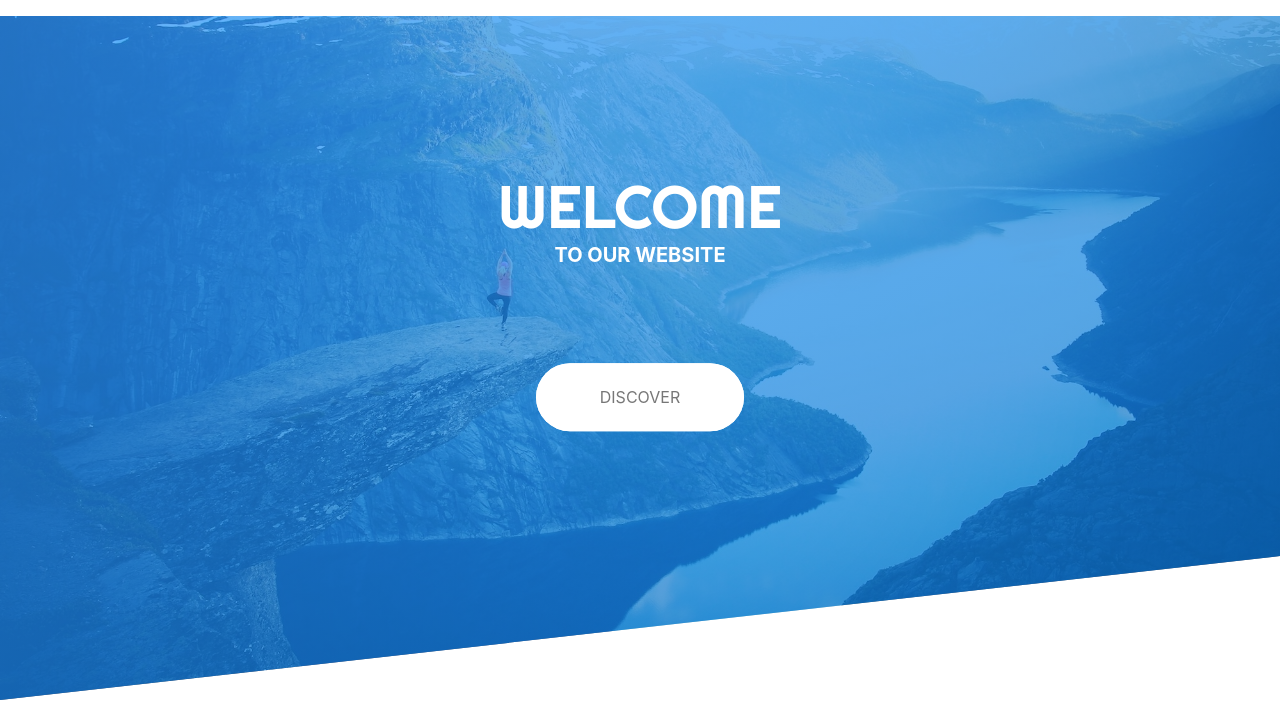
Repository: IbrahimAlkordi/codeChall-Advanced
Page: /
These files come from the project's save history. The page is drawn as it stood at one moment and after the next save; the edit follows.
The browser window is 1280 px wide. The pictures show the whole page.
The project was rebuilt for these pictures with package versions that can differ from the ones it lists, and the page was loaded fresh each time. Also part of the build but not shown: src/components/ErrorBoundary.js, src/components/UI/atoms/LoadingSpinner/LoadingSpinner.module.css, src/components/UI/atoms/LoadingSpinner/LoadingSpinner.js, src/redux/constants/action-type.js, src/middlewares/url.js, src/redux/actions/loginActions.js, src/components/UI/organisms/Login/Login.js, src/components/pages/LoginPa.js and 8 more.

Above is the page before, as saved 2022-10-09 15:26:18.

### public/index.html
<!DOCTYPE html>
<html lang="en">
  <head>
    <meta charset="utf-8" />
    <link rel="icon" href="%PUBLIC_URL%/favicon.ico" />
    <meta name="viewport" content="width=device-width, initial-scale=1" />
    <meta name="theme-color" content="#000000" />
    <meta
      name="description"
      content="Web site created using create-react-app"
    />
    <link rel="apple-touch-icon" href="%PUBLIC_URL%/logo192.png" />
    <!--
      manifest.json provides metadata used when your web app is installed on a
      user's mobile device or desktop. See https://developers.google.com/web/fundamentals/web-app-manifest/
    -->
    <link rel="manifest" href="%PUBLIC_URL%/manifest.json" />
    <!--
      Notice the use of %PUBLIC_URL% in the tags above.
      It will be replaced with the URL of the `public` folder during the build.
      Only files inside the `public` folder can be referenced from the HTML.

      Unlike "/favicon.ico" or "favicon.ico", "%PUBLIC_URL%/favicon.ico" will
      work correctly both with client-side routing and a non-root public URL.
      Learn how to configure a non-root public URL by running `npm run build`.
    -->
    <link href="https://fonts.googleapis.com/css?family=Lato:100,300,400,700,900" rel="stylesheet">
    <title>React App</title>
  </head>
  <body>
    <noscript>You need to enable JavaScript to run this app.</noscript>
    <div id="root"></div>
    <!--
      This HTML file is a template.
      If you open it directly in the browser, you will see an empty page.

      You can add webfonts, meta tags, or analytics to this file.
      The build step will place the bundled scripts into the <body> tag.

      To begin the development, run `npm start` or `yarn start`.
      To create a production bundle, use `npm run build` or `yarn build`.
    -->
  </body>
</html>

### src/index.css
body {
  margin: 0;
  font-family: -apple-system, BlinkMacSystemFont, 'Segoe UI', 'Roboto', 'Oxygen',
    'Ubuntu', 'Cantarell', 'Fira Sans', 'Droid Sans', 'Helvetica Neue',
    sans-serif,"lato";
  -webkit-font-smoothing: antialiased;
  -moz-osx-font-smoothing: grayscale;
}

code {
  font-family: source-code-pro, Menlo, Monaco, Consolas, 'Courier New',
    monospace;
}

### src/App.js
import { BrowserRouter, Route, Switch } from "react-router-dom";
import ErrorBoundary from '../src/components/ErrorBoundary'
import LoginPa from "./components/pages/LoginPa";
import WelcomePa from "./components/pages/WelcomePa";
import DashboardPa from "./components/pages/DashboardPa";
import 'moment-timezone';

const App = () => {
  return (
    <>
    <ErrorBoundary>
      <BrowserRouter>
        <Switch>
          <Route exact path="/" component={WelcomePa} />
          <Route exact path="/login" component={LoginPa} />
          <Route exact path="/dashboard" component={DashboardPa} />
        </Switch>
      </BrowserRouter>
      </ErrorBoundary>
    </>
  );
};

export default App;

### src/components/pages/WelcomePa.js
import React from 'react'
import Welcome from '../UI/organisms/Welcome/Welcome'

function WelcomePa() {
  return (
    <Welcome></Welcome>
  )
}

export default WelcomePa

### src/components/UI/organisms/Welcome/Welcome.js
import React from "react";
import classes from "./Welcome.module.scss";
import { useTranslation } from "react-i18next";
import { Link } from "react-router-dom";
import Translate from "../../molecules/Translate/Translate";

function Welcome() {
  const [t] = useTranslation();
  return (
    <header className={classes.header}>
      <Translate></Translate>

      <div className={classes.header_title}>

        <h1 className={classes.heading_primary}>
          <span className={classes.heading_primary_main}>{t("welcome")}</span>
          <span className={classes.heading_primary_sub}>
            {t("to our website")}
          </span>
        </h1>

        <Link
          to="/Login"
          className={`${classes.btn}  ${classes.btn_white} ${classes.btn_animated} `}
        >
          {t("discover")}
        </Link>

      </div>

    </header>
  );
}

export default Welcome;

### src/components/UI/organisms/Login/Login.module.scss
@import url("https://fonts.googleapis.com/css2?family=Righteous&display=swap");
$color-tertiary-light: #2998ff;
$color-tertiary-dark: #0074d3;

* {
  // margin: 0;
  // padding: 0;
  box-sizing: border-box;
}


.container {
  background: #ffffff;
  height: 100vh;
  display: flex;
  align-items: center;
  justify-content: center;

  &_login {
    width: 500px;
    min-height: 450px;
    border-radius: 3px;
    box-shadow: 3px 3px 5px #001324dc;

    background-image: linear-gradient(
        to right bottom,
        rgba($color-tertiary-light, 0.5),
        rgba($color-tertiary-dark, 0.5)
      ),
      url(../../../../assets/images/hero.jpg);
    background-size: auto;
    background-position: bottom;
  }
  &_trans {
    width: 40px;
    height: 30px;
  }

  &_form {
    padding: 20px 50px;
margin: 0;
  padding: 0;
    &_h2 {
      text-align: center;
      font-family: "Righteous", cursive;
      font-size: 45px;
      font-weight: 500;
      margin: 25px;
      color: #fff;
    }
    &_textField {
      width: 100%;
      margin: 12px 10px;
    }
    &_textField input {
      font-size: 20px;
      margin: 12px 10px;
      font-weight: bold;
    }
    &_textField svg {
      font-size: 25px;
    }
    &_error_msg {
      color: #ff0000e0;
      font-size: 17px;
      font-weight: 700;
      margin: 0px;
      padding: 0px;
      text-align: center;
    }
    &_button {
      background: #001324dc;
      width: 100%;
      line-height: 35px;
      margin: 20px 9px;
      color: white;
      font-size: 20px;
      font-weight: bold;
      padding: 5px;
      border: none;
      border-radius: 5px;
      cursor: pointer;
    }
    &_disabledbtn {
      cursor: not-allowed;
      background: rgba(gray, 0.8);
      width: 100%;
      line-height: 35px;
      margin: 20px 9px;
      color: white;
      font-size: 20px;
      font-weight: bold;
      padding: 5px;
      border: none;
      border-radius: 5px;
    }
    &_loadingSpin {
      margin-left: 150px;
    }
    &_alert {
      margin-left: 60px;
      color: red;
      font-weight: bold;
      font-size: 17px;
    }
    &_h3 {
      text-align: center;
      margin-top: 15px;
      &_signup {
        color: #ffffffde;
        cursor: pointer;
        margin-left: 5px;
      }
    }
  }
}

### src/components/UI/molecules/Translate/Translate.js
import React from 'react';
import classes from './Translate.module.scss';
import { useTranslation } from "react-i18next";


function Translate() {
    const [t, i18n] = useTranslation();
  return (
    <ul className={classes.translate}>
    <li>
      {i18n.language === "en" && (
        <button
        className={classes.translate_btn}
          onClick={() => {
            i18n.changeLanguage("ar");
          }}
        >
          ar
        </button>
      )}
      {i18n.language === "ar" && (
        <button
        className={classes.translate_btn}
          onClick={() => {
            i18n.changeLanguage("en");
          }}
        >
          en
        </button>
      )}
    </li>
  </ul>
  )
}

export default Translate

### src/components/UI/organisms/Welcome/Welcome.module.scss
@import url("https://fonts.googleapis.com/css2?family=Righteous&display=swap");

//COLORS
$color-gray-dark :#777;
$color-white : #fff;
$color-black : #000;
$color-gray-light-1 :#f7f7f7;
$color-tertiary-light : #2998ff;
$color-tertiary-dark : #0074d3;

@mixin clearfix {
    &::after {
      content: "";
      clear: both;
      display: table;
    }
  }

.header {
  height: 95vh;
  background-image: linear-gradient(
      to right bottom,
      rgba($color-tertiary-light, 0.7),
      rgba($color-tertiary-dark, 0.7)
    ),
    url(../../../../assets/images/hero.jpg);
  background-size: cover;
  background-position: top;
  clip-path: polygon(
    0 0,
    100% 0,
    100% 75vh,
    0 100%
  );
   position: relative;

  &_title {
    position: absolute;
    top: 40%;
    left: 50%;
    transform: translate(-50%, -50%);
    text-align: center;
  }

}

.heading_primary {
  color: $color-white;
  text-transform: uppercase;
  backface-visibility: hidden;
  margin-bottom: 6rem;

  &_main {
    display: block;
    font-family: "Righteous", cursive;

    font-size: 60px;
    font-weight: 400;
    animation-name: moveInLeft;
    animation-duration: 1s;
    animation-timing-function: ease-out;
  }

  &_sub {
    display: block;
    font-size: 20px;
    font-weight: 700;
    animation-name: moveInRight;
    animation-duration: 1s;
    animation-timing-function: ease-out;
  }
}

.btn {
  &:link,
  &:visited {
    text-transform: uppercase;
    text-decoration: none;
    padding: 1.5rem 4rem;
    display: inline-block;
    border-radius: 10rem;
    transition: all 0.2s;
    position: relative;
    font-size: 16px;
  }

  &:hover {
    transform: translateY(-0.3rem);
    box-shadow: 0 1rem 2rem rgba($color-black, 0.5); /*x y blur */
    &::after {
      transform: scaleX(1.4) scaleY(1.6);
      opacity: 0;
    }
  }

  &:active {
    transform: translateY(-0.1rem);
    box-shadow: 0 0.5rem 1rem rgba($color-black, 0.5); /*x y blur */
  }

  &_white {
    background-color: $color-white;
    color: $color-gray-dark;
    &::after {
      background-color: $color-white;
    }
  }

  &::after {
    content: "";
    display: inline-block;
    height: 100%;
    width: 100%;
    border-radius: 10rem;
    position: absolute;
    top: 0;
    left: 0;
    z-index: -1;
    transition: all 0.4s;
  }

  &_animated {
    animation: moveInBottom   0.5s ease-out 0.75s;
    animation-fill-mode: backwards;
  }
}

@keyframes moveInLeft {
    0% {
      opacity: 0; /*starts hidden*/
      transform: translateX(-10rem); /* x left to right */
    }

    80% {
      transform: translateX(1rem); /*it will go to the right side*/
    }

    100% {
      opacity: 1;
      transform: translate(0);
    }
  }

  @keyframes moveInRight {
    0% {
      opacity: 0; /*starts hidden*/
      transform: translateX(10rem); /* x left to right */
    }

    80% {
      transform: translateX(-1rem);
    }

    100% {
      opacity: 1;
      transform: translate(0);
    }
  }

  @keyframes moveInBottom {
    0% {
      opacity: 0; /*starts hidden*/
      transform: translateY(3rem); /* x left to right */
    }

    100% {
      opacity: 1;
      transform: translate(0);
    }
  }

### src/components/UI/molecules/Translate/Translate.module.scss
.translate {
    display: block;
    list-style: none;

    &_btn {
      width: 40px;
      height: 40px;
      margin: 10px;
      background: #001324dc;
      color: #fff;
      border: none;
      border-radius: 5px;
      font-size: 20px;
      font-weight: bold;
      cursor: pointer;
    }

  }

Loaded but not shown: src/index.js (common file); src/reportWebVitals.js (common file)

After the next save:
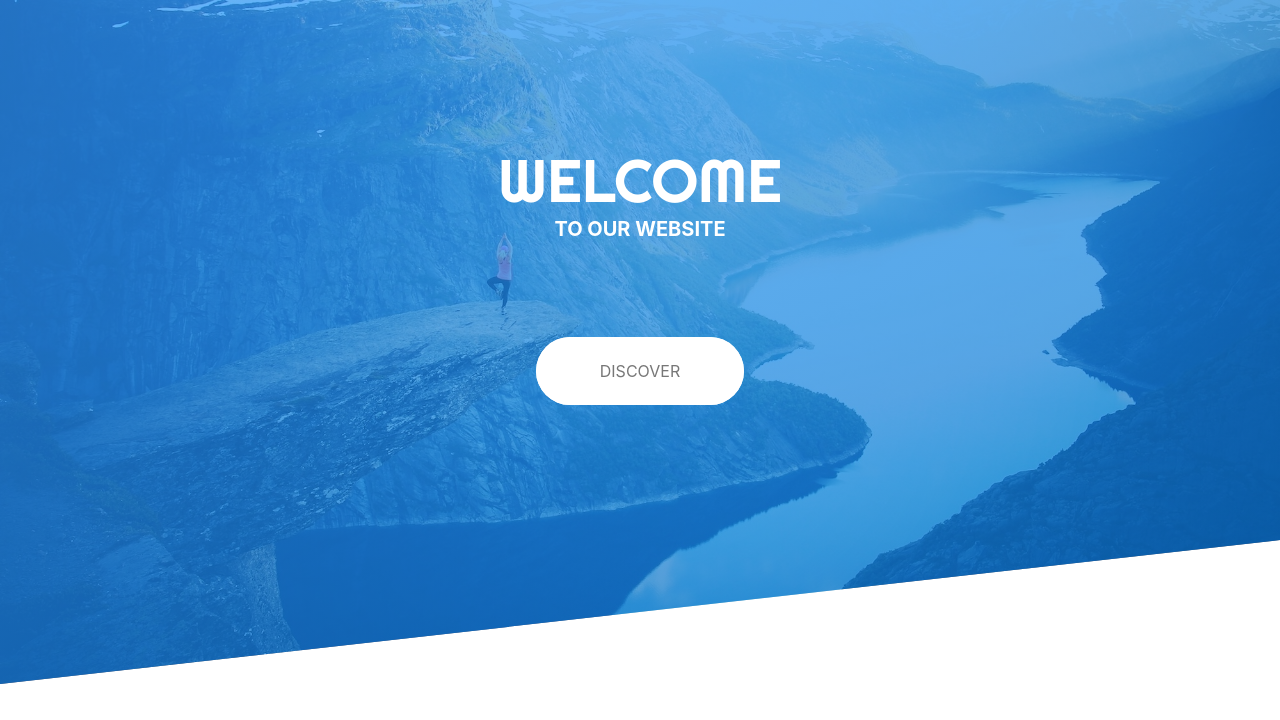
Saved 13 s later.
--- a/src/components/UI/organisms/Login/Login.module.scss
+++ b/src/components/UI/organisms/Login/Login.module.scss
@@ -3,8 +3,8 @@
 $color-tertiary-dark: #0074d3;
 
 * {
-  // margin: 0;
-  // padding: 0;
+  margin: 0;
+  padding: 0;
   box-sizing: border-box;
 }
 
@@ -38,8 +38,7 @@
 
   &_form {
     padding: 20px 50px;
-margin: 0;
-  padding: 0;
+
     &_h2 {
       text-align: center;
       font-family: "Righteous", cursive;
@@ -51,10 +50,12 @@
     &_textField {
       width: 100%;
       margin: 12px 10px;
+
     }
     &_textField input {
       font-size: 20px;
       margin: 12px 10px;
+
       font-weight: bold;
     }
     &_textField svg {

After the save that followed:
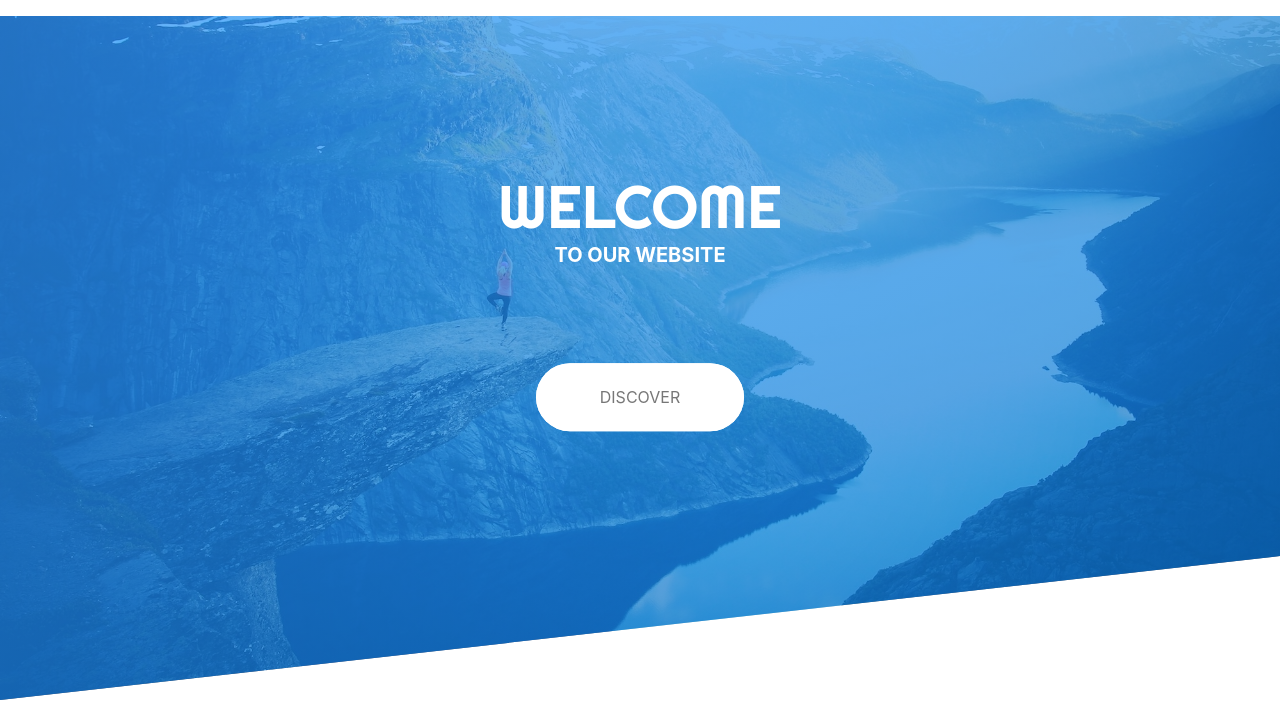
Saved 18 s later.
--- a/src/components/UI/organisms/Login/Login.module.scss
+++ b/src/components/UI/organisms/Login/Login.module.scss
@@ -3,8 +3,8 @@
 $color-tertiary-dark: #0074d3;
 
 * {
-  margin: 0;
-  padding: 0;
+  // margin: 0;
+  // padding: 0;
   box-sizing: border-box;
 }
 
